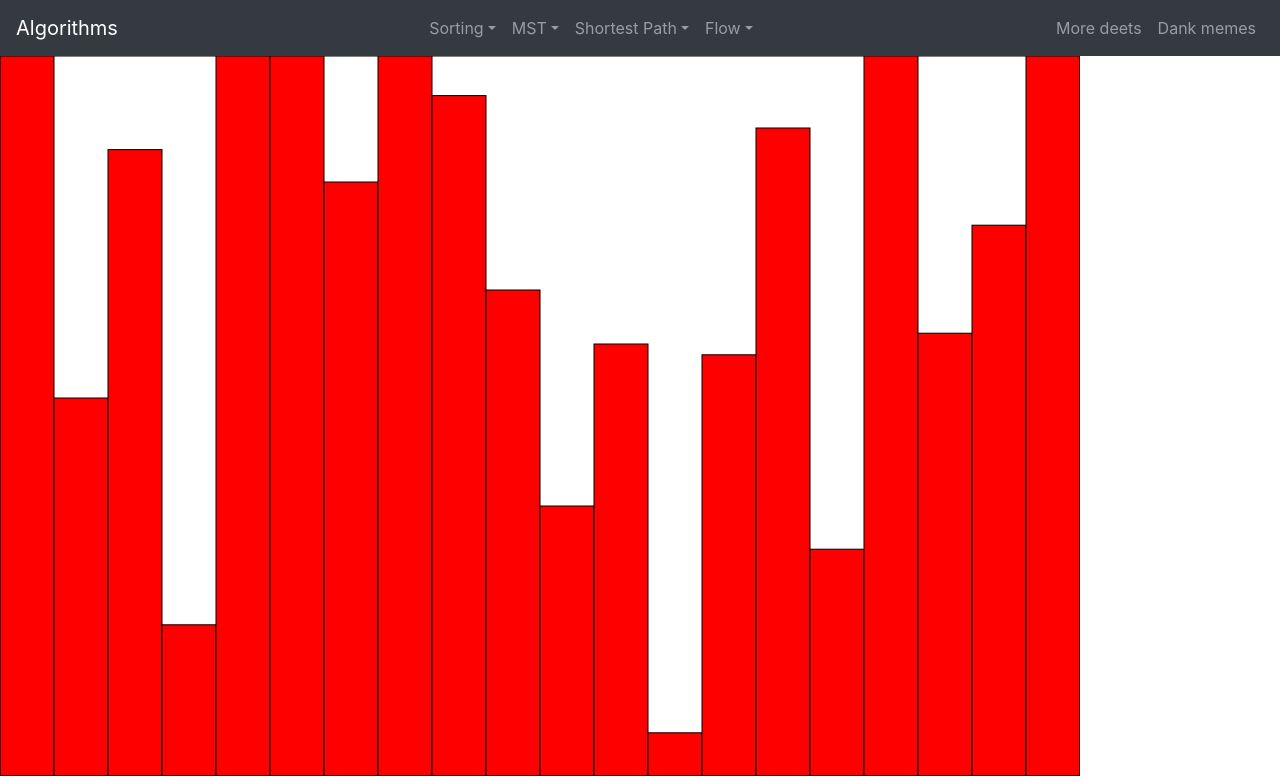
Repository: dkasima1/Algorithm-Visualizations
Page: /
The author's editor kept a copy of each file at every save. The page is drawn from the files as they stood at one save, then again after the next save.
The browser window is 1280 px wide. The pictures show the whole page.
The project was rebuilt for these pictures with package versions that can differ from the ones it lists, and the page was loaded fresh each time. Also part of the build but not shown: src/components/Sorting/Bubble_Sort.js.

Above is the page before, as saved 2020-06-29 23:45:54.

After the next save:
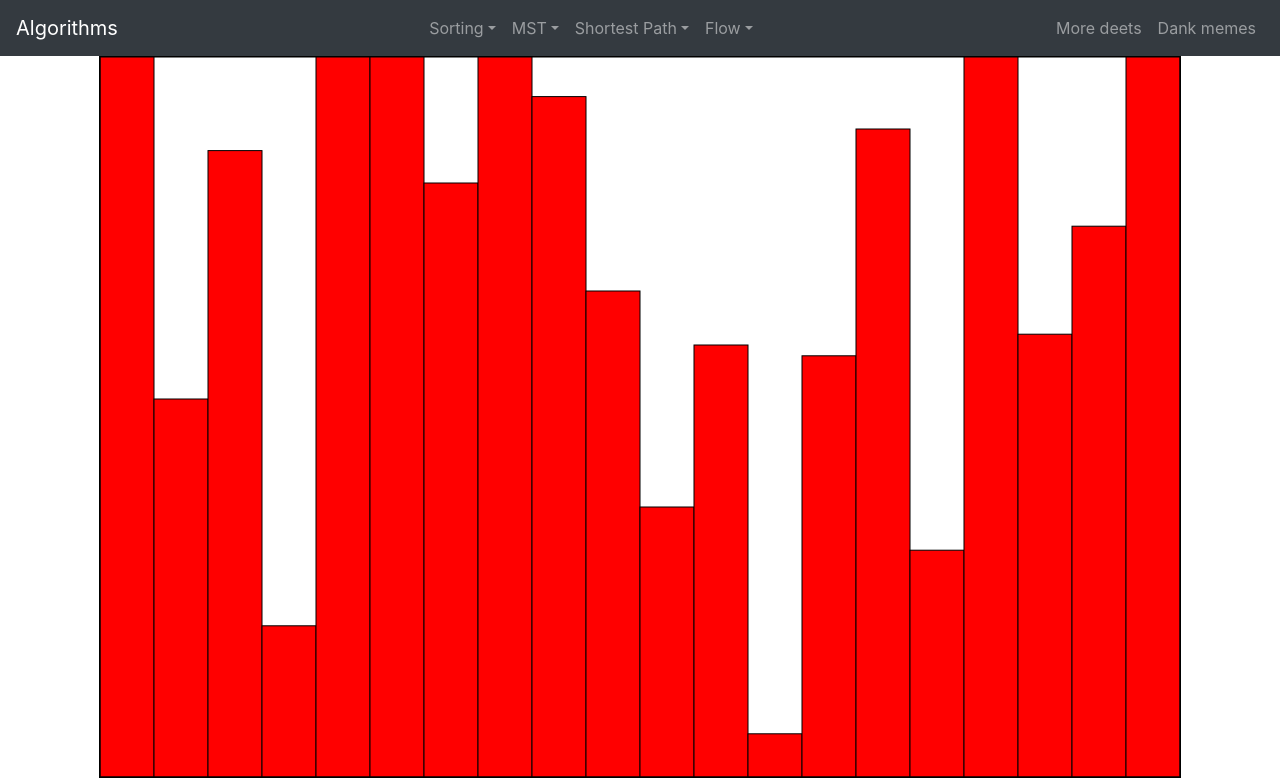
Saved 16 s later.
--- a/src/components/Graph/BarGraph.css
+++ b/src/components/Graph/BarGraph.css
@@ -1,7 +1,6 @@
-/* canvas {
+canvas {
     padding: 0;
     margin: auto;
     display: block;
-    width: 1280px;
     border: 1px solid black;
-} */
+}
